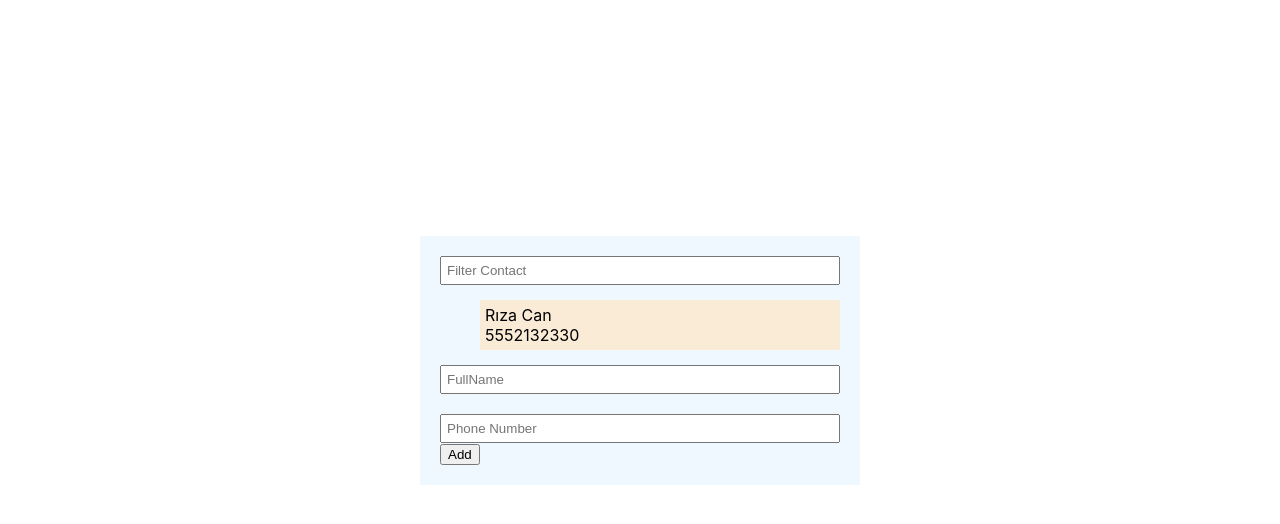
Repository: rizacantire/patika-react
Page: / (app in hello/)
An editor plug-in stored every save of this project. The page is shown before and after a run of saves, followed by the edit.
The browser window is 1280 px wide. The pictures show the whole page.
The project was rebuilt for these pictures with package versions that can differ from the ones it lists, and the page was loaded fresh each time.

Above is the page before, as saved 2021-12-14 14:57:37.

After the next 7 saves:
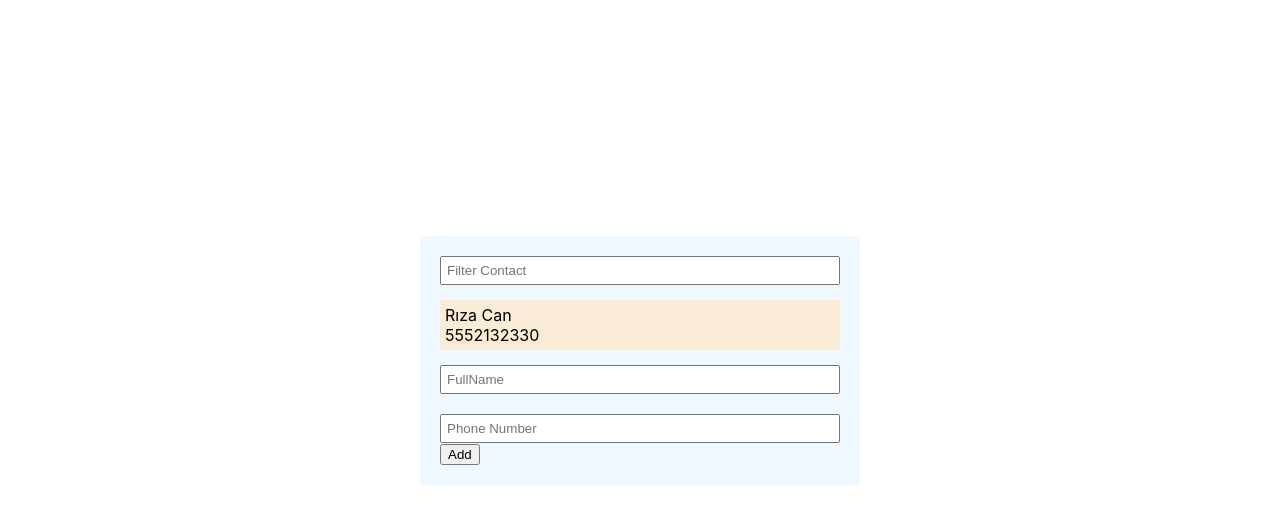
The 7 saves are shown as one change because they came seconds apart.
The last was saved 24 s later.
--- a/hello/src/App.css
+++ b/hello/src/App.css
@@ -3,8 +3,6 @@
   justify-content: center;
   align-items: center;
   min-height: 100vh;
-
-
 }
 
 #container{
@@ -19,7 +17,7 @@ input{
   -webkit-box-sizing: border-box;
   -moz-box-sizing: border-box;
 }
-li {
+ul {
   list-style-type: none;
   margin: 0;
   padding: 0;
